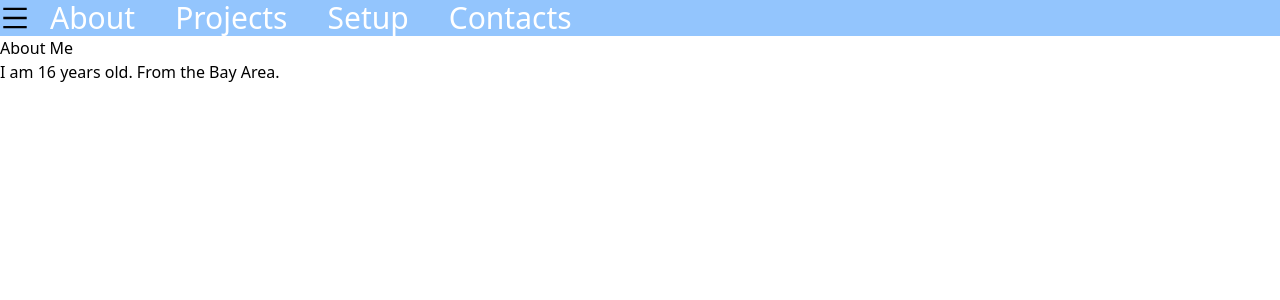
Repository: joshuayanggithub/joshua-yang-website
Page: /
An editor plug-in stored every save of this project. The page is shown before and after the next save, followed by the edit.
The browser window is 1280 px wide. The pictures show the whole page.
The project was rebuilt for these pictures with package versions that can differ from the ones it lists, and the page was loaded fresh each time.

Above is the page before, as saved 2023-01-06 22:21:52.

### public/index.html
<!DOCTYPE html>
<html lang="en">
  <head>
    <meta charset="utf-8" />
    <link rel="icon" href="%PUBLIC_URL%/favicon.ico" />
    <meta name="viewport" content="width=device-width, initial-scale=1" />
    <meta name="theme-color" content="#000000" />
    <meta
      name="description"
      content="Web site created using create-react-app"
    />
    <link rel="apple-touch-icon" href="%PUBLIC_URL%/logo192.png" />
    <!--
      manifest.json provides metadata used when your web app is installed on a
      user's mobile device or desktop. See https://developers.google.com/web/fundamentals/web-app-manifest/
    -->
    <link rel="manifest" href="%PUBLIC_URL%/manifest.json" />
    <!--
      Notice the use of %PUBLIC_URL% in the tags above.
      It will be replaced with the URL of the `public` folder during the build.
      Only files inside the `public` folder can be referenced from the HTML.

      Unlike "/favicon.ico" or "favicon.ico", "%PUBLIC_URL%/favicon.ico" will
      work correctly both with client-side routing and a non-root public URL.
      Learn how to configure a non-root public URL by running `npm run build`.
    -->
    <title>Joshua Yang</title>
  </head>
  <body>
    <noscript>You need to enable JavaScript to run this app.</noscript>
    <div id="root"></div>
    <!--
      This HTML file is a template.
      If you open it directly in the browser, you will see an empty page.

      You can add webfonts, meta tags, or analytics to this file.
      The build step will place the bundled scripts into the <body> tag.

      To begin the development, run `npm start` or `yarn start`.
      To create a production bundle, use `npm run build` or `yarn build`.
    -->
  </body>
</html>

### src/App.js
import NavBar from "./components/NavBar";
import About from "./components/About";
import Contacts from "./components/Contacts";
import Setup from "./components/Setup";

function App() {
  return (
    <>
      <NavBar />
      <About />
      <Setup />
      <Contacts />
    </>
  );
}

export default App;

### src/components/NavBar.jsx
import React from "react";
import {AiOutlineMenu} from 'react-icons/ai'

const NavBar = () => {
  const links = [
    {'id': 1, 'name': 'About'},
    {'id': 2, 'name': 'Projects'},
    {'id': 3, 'name': 'Setup'},
    {'id': 4, 'name': 'Contacts'}
  ]

  return (
    <div class="flex bg-blue-300 items-center">
      <div>
        <AiOutlineMenu size={30}></AiOutlineMenu>
      </div>

      <ul class="flex">
        {
          links.map((links) =>
            <li>
              <a href='#About' class="text-3xl flex text-white px-5">{links.name}</a>
            </li>
          )
        }
      </ul>

    </div>
  );
};

export default NavBar;

### src/components/About.jsx
import React from 'react'

const About = () => {
  return (
    <div>
      <h1 class="text-black ">About Me</h1>
      <p>I am 16 years old. From the Bay Area. </p>
    </div>
  );
}

export default About

### src/components/Contacts.jsx
import React from 'react'

const Contacts = () => {
  return (
    <div>

    </div>
  );
}

export default Contacts

### src/components/Setup.jsx
import React from 'react'

const Setup = () => {
  return (
    <div>

    </div>
  );
}

export default Setup

### tailwind.config.js
/** @type {import('tailwindcss').Config} */
module.exports = {
  content: [
    "./src/components/*.{html,js,jsx}",
    "./src/**/*.{html,js,jsx}",
  ],
  theme: {
    extend: {},
  },
  plugins: [],
}

Loaded but not shown: src/index.js (common file); src/index.css (common file)

After the next save:
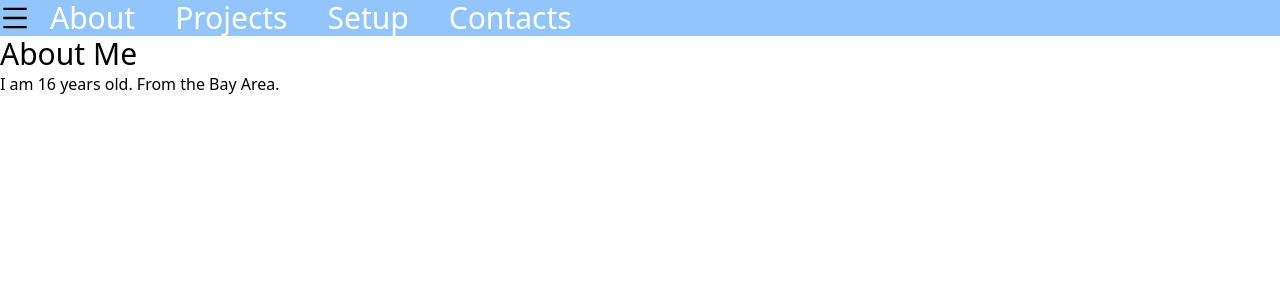
Saved 20 s later.
--- a/src/components/About.jsx
+++ b/src/components/About.jsx
@@ -3,7 +3,7 @@ import React from 'react'
 const About = () => {
   return (
     <div>
-      <h1 class="text-black ">About Me</h1>
+      <h1 class="text-black text-3xl">About Me</h1>
       <p>I am 16 years old. From the Bay Area. </p>
     </div>
   );
